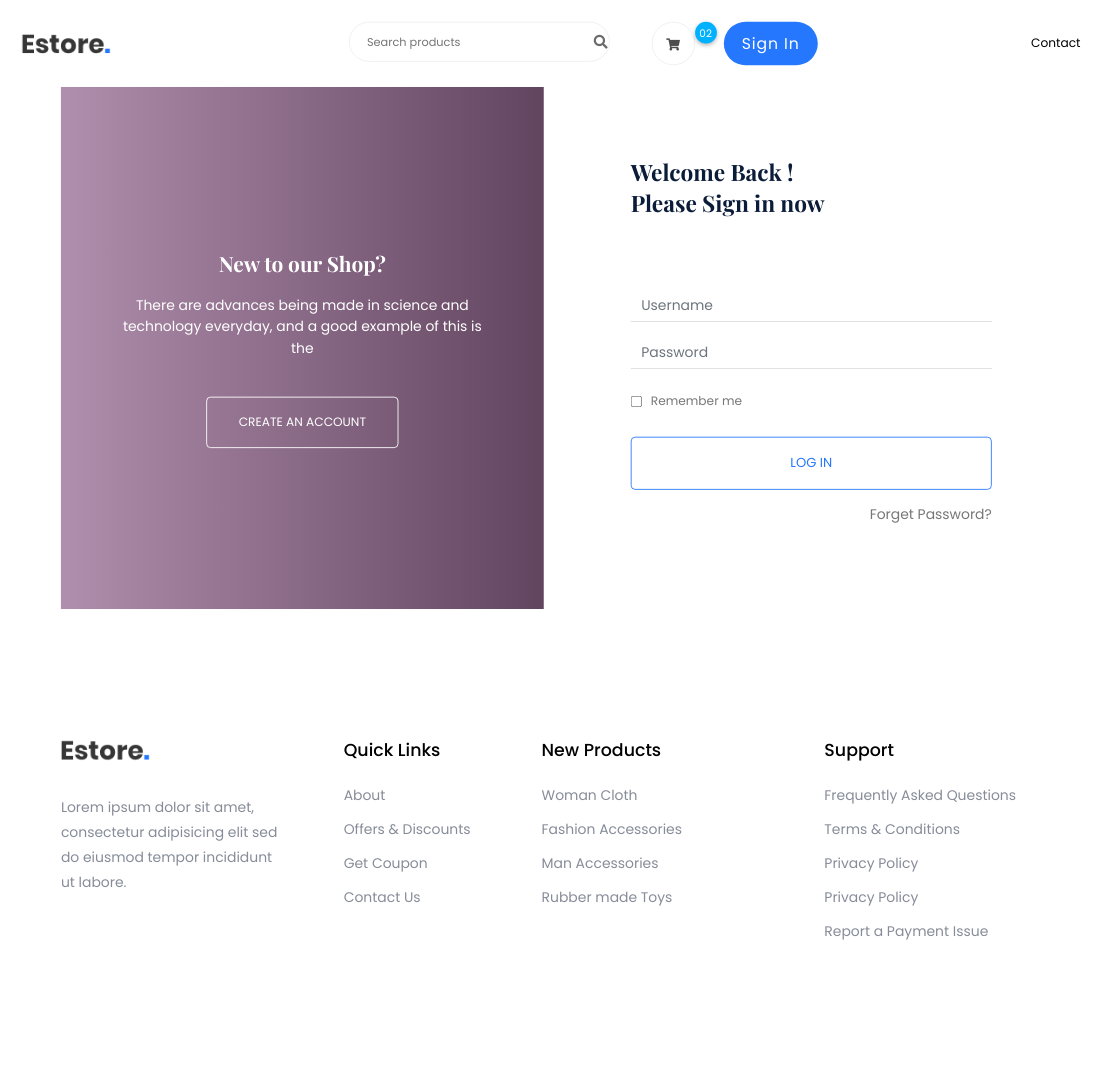
Repository: tuanloc782004/Estore-Bookshop-Website
Page: http://localhost/auth/login
An editor plug-in stored every save of this project. The page is shown before and after the next save, followed by the edit.
The browser window is 1280 px wide. The pictures show the whole page, at 87% of full size.
Some web fonts or font styles are not loaded; a fallback is used. The page is this project's Thymeleaf template; nobody is signed in. Other server files are loaded and not shown. The template is opened directly, without the code that normally fills it, so the values that code supplies are empty.

Above is the page before, as saved 2024-10-26 03:52:21.

### myscp/src/main/resources/templates/auth/login.html
<!doctype html>
<html lang="zxx" xmlns:th="http://www.thymeleaf.org"
	xmlns:sec="https://www.thymeleaf.org/extras/spring-security6">

<head th:replace="user/layout/head::head"></head>

<body>

	<div th:replace="user/layout/preloader-start::preloader-start"></div>

	<header th:replace="user/layout/header::header"></header>

	<!--================login_part Area =================-->
	<section class="login_part">
		<div class="container">
			<div class="row align-items-center">
				<div class="col-lg-6 col-md-6">
					<div class="login_part_text text-center">
						<div class="login_part_text_iner">
							<h2>New to our Shop?</h2>
							<p>There are advances being made in science and technology
								everyday, and a good example of this is the</p>
							<a href="#" class="btn_3">Create an Account</a>
						</div>
					</div>
				</div>
				<div class="col-lg-6 col-md-6">
					<div class="login_part_form">
						<div class="login_part_form_iner">
							<h3>
								Welcome Back ! <br> Please Sign in now
							</h3>
							<form class="row contact_form" action="#" method="post"
								novalidate="novalidate">
								<div class="col-md-12 form-group p_star">
									<input type="text" class="form-control" id="name" name="username"
										value="" placeholder="Username">
								</div>
								<div class="col-md-12 form-group p_star">
									<input type="password" class="form-control" id="password"
										name="password" value="" placeholder="Password">
								</div>
								<div class="col-md-12 form-group">
									<div class="creat_account d-flex align-items-center">
										<input type="checkbox" id="f-option" name="selector">
										<label for="f-option">Remember me</label>
									</div>
									<button type="submit" value="submit" class="btn_3">
										log in</button>
									<a class="lost_pass" href="#">forget password?</a>
								</div>
							</form>
						</div>
					</div>
				</div>
			</div>
		</div>
	</section>
	<!--================login_part end =================-->

	<footer th:replace="user/layout/footer::footer"></footer>

	<div th:replace="user/layout/script::script"></div>

</body>

</html>

### myscp/src/main/resources/templates/user/layout/head.html
<head th:fragment="head">
<meta charset="utf-8">
<meta http-equiv="x-ua-compatible" content="ie=edge">
<title>Estore</title>
<meta name="description" content="">
<meta name="viewport" content="width=device-width, initial-scale=1">
<link rel="manifest" href="site.webmanifest">
<link rel="shortcut icon" type="image/x-icon"
	th:href="@{/assets/img/favicon.ico}">

<!-- CSS here -->
<link rel="stylesheet" th:href="@{/assets/css/bootstrap.min.css}">
<link rel="stylesheet" th:href="@{/assets/css/owl.carousel.min.css}">
<link rel="stylesheet" th:href="@{/assets/css/flaticon.css}">
<link rel="stylesheet" th:href="@{/assets/css/slicknav.css}">
<link rel="stylesheet" th:href="@{/assets/css/animate.min.css}">
<link rel="stylesheet" th:href="@{/assets/css/magnific-popup.css}">
<link rel="stylesheet" th:href="@{/assets/css/fontawesome-all.min.css}">
<link rel="stylesheet" th:href="@{/assets/css/themify-icons.css}">
<link rel="stylesheet" th:href="@{/assets/css/slick.css}">
<link rel="stylesheet" th:href="@{/assets/css/nice-select.css}">
<link rel="stylesheet" th:href="@{/assets/css/style.css}">
</head>

### myscp/src/main/resources/templates/user/layout/preloader-start.html
<!-- Preloader Start -->
<div id="preloader-active" th:fragment="preloader-start">
	<div class="preloader d-flex align-items-center justify-content-center">
		<div class="preloader-inner position-relative">
			<div class="preloader-circle"></div>
			<div class="preloader-img pere-text">
				<img th:src="@{/assets/img/logo/logo.png}" alt="">
			</div>
		</div>
	</div>
</div>
<!-- Preloader Start -->

### myscp/src/main/resources/templates/user/layout/header.html
<header th:fragment="header">
	<!-- Header Start -->
	<div class="header-area">
		<div class="main-header ">
			<div class="header-bottom  header-sticky">
				<div class="container-fluid">
					<div class="row align-items-center">
						<!-- Logo -->
						<div class="col-xl-1 col-lg-1 col-md-1 col-sm-3">
							<div class="logo">
								<a href="index.html"><img
									th:src="@{/assets/img/logo/logo.png}" alt=""></a>
							</div>
						</div>
						<div class="col fix-card">
							<ul
								class="header-right f-right d-none d-lg-block d-flex justify-content-between">
								<li class="d-none d-xl-block">
									<div class="form-box f-right col-lg-12 col-xl-12">
										<input type="text" name="Search" placeholder="Search products">
										<div class="search-icon">
											<i class="fas fa-search special-tag"></i>
										</div>
									</div>
								</li>
								<li>
									<div class="shopping-card">
										<a href="cart.html"><i class="fas fa-shopping-cart"></i></a>
									</div>
								</li>
								<li class="d-none d-lg-block"><a href="#"
									class="btn header-btn">Sign in</a></li>
							</ul>
						</div>
						<div class="col-xl-3 col-lg-3 col-md-3 col-sm-3">
							<!-- Main-menu -->
							<div class="main-menu f-right d-none d-lg-block">
								<nav>
									<ul id="navigation">
										<li><a href="contact.html">Contact</a></li>
									</ul>
								</nav>
							</div>
						</div>
						<!-- Mobile Menu -->
						<div class="col-12">
							<div class="mobile_menu d-block d-lg-none"></div>
						</div>
					</div>
				</div>
			</div>
		</div>
	</div>
	<!-- Header End -->
</header>

### myscp/src/main/resources/templates/user/layout/footer.html
<footer th:fragment="footer">

	<!-- Footer Start-->
	<div class="footer-area footer-padding">
		<div class="container">
			<div class="row d-flex justify-content-between">
				<div class="col-xl-3 col-lg-3 col-md-5 col-sm-6">
					<div class="single-footer-caption mb-50">
						<div class="single-footer-caption mb-30">
							<!-- logo -->
							<div class="footer-logo">
								<a href="index.html"><img
									th:src="@{/assets/img/logo/logo2_footer.png}" alt=""></a>
							</div>
							<div class="footer-tittle">
								<div class="footer-pera">
									<p>Lorem ipsum dolor sit amet, consectetur adipisicing elit
										sed do eiusmod tempor incididunt ut labore.</p>
								</div>
							</div>
						</div>
					</div>
				</div>
				<div class="col-xl-2 col-lg-3 col-md-3 col-sm-5">
					<div class="single-footer-caption mb-50">
						<div class="footer-tittle">
							<h4>Quick Links</h4>
							<ul>
								<li><a href="#">About</a></li>
								<li><a href="#"> Offers & Discounts</a></li>
								<li><a href="#"> Get Coupon</a></li>
								<li><a href="#"> Contact Us</a></li>
							</ul>
						</div>
					</div>
				</div>
				<div class="col-xl-3 col-lg-3 col-md-4 col-sm-7">
					<div class="single-footer-caption mb-50">
						<div class="footer-tittle">
							<h4>New Products</h4>
							<ul>
								<li><a href="#">Woman Cloth</a></li>
								<li><a href="#">Fashion Accessories</a></li>
								<li><a href="#"> Man Accessories</a></li>
								<li><a href="#"> Rubber made Toys</a></li>
							</ul>
						</div>
					</div>
				</div>
				<div class="col-xl-3 col-lg-3 col-md-5 col-sm-7">
					<div class="single-footer-caption mb-50">
						<div class="footer-tittle">
							<h4>Support</h4>
							<ul>
								<li><a href="#">Frequently Asked Questions</a></li>
								<li><a href="#">Terms & Conditions</a></li>
								<li><a href="#">Privacy Policy</a></li>
								<li><a href="#">Privacy Policy</a></li>
								<li><a href="#">Report a Payment Issue</a></li>
							</ul>
						</div>
					</div>
				</div>
			</div>
		</div>
	</div>
	<!-- Footer End-->

</footer>

### myscp/src/main/resources/templates/user/layout/script.html
<div th:fragment="script">
	<!-- JS here -->

	<!-- All JS Custom Plugins Link Here here -->
	<script th:src="@{/assets/js/vendor/modernizr-3.5.0.min.js}"></script>
	<!-- Jquery, Popper, Bootstrap -->
	<script th:src="@{/assets/js/vendor/jquery-1.12.4.min.js}"></script>
	<script th:src="@{/assets/js/popper.min.js}"></script>
	<script th:src="@{/assets/js/bootstrap.min.js}"></script>
	<!-- Jquery Mobile Menu -->
	<script th:src="@{/assets/js/jquery.slicknav.min.js}"></script>

	<!-- Jquery Slick , Owl-Carousel Plugins -->
	<script th:src="@{/assets/js/owl.carousel.min.js}"></script>
	<script th:src="@{/assets/js/slick.min.js}"></script>

	<!-- One Page, Animated-HeadLin -->
	<script th:src="@{/assets/js/wow.min.js}"></script>
	<script th:src="@{/assets/js/animated.headline.js}"></script>
	<script th:src="@{/assets/js/jquery.magnific-popup.js}"></script>

	<!-- Scrollup, nice-select, sticky -->
	<script th:src="@{/assets/js/jquery.scrollUp.min.js}"></script>
	<script th:src="@{/assets/js/jquery.nice-select.min.js}"></script>
	<script th:src="@{/assets/js/jquery.sticky.js}"></script>
	<script src="./assets/js/jquery.magnific-popup.js"></script>

	<!-- contact js -->
	<script th:src="@{/assets/js/contact.js}"></script>
	<script th:src="@{/assets/js/jquery.form.js}"></script>
	<script th:src="@{/assets/js/jquery.validate.min.js}"></script>
	<script th:src="@{/assets/js/mail-script.js}"></script>
	<script th:src="@{/assets/js/jquery.ajaxchimp.min.js}"></script>

	<!-- Jquery Plugins, main Jquery -->
	<script th:src="@{/assets/js/plugins.js}"></script>
	<script th:src="@{/assets/js/main.js}"></script>
</div>

### myscp/src/main/resources/static/assets/js/contact.js
$(document).ready(function(){

    (function($) {
        "use strict";


    jQuery.validator.addMethod('answercheck', function (value, element) {
        return this.optional(element) || /^\bcat\b$/.test(value)
    }, "type the correct answer -_-");

    // validate contactForm form
    $(function() {
        $('#contactForm').validate({
            rules: {
                name: {
                    required: true,
                    minlength: 2
                },
                subject: {
                    required: true,
                    minlength: 4
                },
                number: {
                    required: true,
                    minlength: 5
                },
                email: {
                    required: true,
                    email: true
                },
                message: {
                    required: true,
                    minlength: 20
                }
            },
            messages: {
                name: {
                    required: "come on, you have a name, don't you?",
                    minlength: "your name must consist of at least 2 characters"
                },
                subject: {
                    required: "come on, you have a subject, don't you?",
                    minlength: "your subject must consist of at least 4 characters"
                },
                number: {
                    required: "come on, you have a number, don't you?",
                    minlength: "your Number must consist of at least 5 characters"
                },
                email: {
                    required: "no email, no message"
                },
                message: {
                    required: "um...yea, you have to write something to send this form.",
                    minlength: "thats all? really?"
                }
            },
            submitHandler: function(form) {
                $(form).ajaxSubmit({
                    type:"POST",
                    data: $(form).serialize(),
                    url:"contact_process.php",
                    success: function() {
                        $('#contactForm :input').attr('disabled', 'disabled');
                        $('#contactForm').fadeTo( "slow", 1, function() {
                            $(this).find(':input').attr('disabled', 'disabled');
                            $(this).find('label').css('cursor','default');
                            $('#success').fadeIn()
                            $('.modal').modal('hide');
		                	$('#success').modal('show');
                        })
                    },
                    error: function() {
                        $('#contactForm').fadeTo( "slow", 1, function() {
                            $('#error').fadeIn()
                            $('.modal').modal('hide');
		                	$('#error').modal('show');
                        })
                    }
                })
            }
        })
    })

 })(jQuery)
})

### myscp/src/main/resources/static/assets/js/mail-script.js
    // -------   Mail Send ajax

     $(document).ready(function() {
        var form = $('#myForm'); // contact form
        var submit = $('.submit-btn'); // submit button
        var alert = $('.alert-msg'); // alert div for show alert message

        // form submit event
        form.on('submit', function(e) {
            e.preventDefault(); // prevent default form submit

            $.ajax({
                url: 'mail.php', // form action url
                type: 'POST', // form submit method get/post
                dataType: 'html', // request type html/json/xml
                data: form.serialize(), // serialize form data
                beforeSend: function() {
                    alert.fadeOut();
                    submit.html('Sending....'); // change submit button text
                },
                success: function(data) {
                    alert.html(data).fadeIn(); // fade in response data
                    form.trigger('reset'); // reset form
                    submit.attr("style", "display: none !important");; // reset submit button text
                },
                error: function(e) {
                    console.log(e)
                }
            });
        });
    });

### myscp/src/main/resources/static/assets/js/plugins.js
// Avoid `console` errors in browsers that lack a console.
(function() {
    var method;
    var noop = function () {};
    var methods = [
        'assert', 'clear', 'count', 'debug', 'dir', 'dirxml', 'error',
        'exception', 'group', 'groupCollapsed', 'groupEnd', 'info', 'log',
        'markTimeline', 'profile', 'profileEnd', 'table', 'time', 'timeEnd',
        'timeline', 'timelineEnd', 'timeStamp', 'trace', 'warn'
    ];
    var length = methods.length;
    var console = (window.console = window.console || {});

    while (length--) {
        method = methods[length];

        // Only stub undefined methods.
        if (!console[method]) {
            console[method] = noop;
        }
    }
}());

// Place any jQuery/helper plugins in here.

Loaded but not shown: myscp/src/main/resources/static/assets/css/bootstrap.min.css (library); myscp/src/main/resources/static/assets/css/owl.carousel.min.css (common file); myscp/src/main/resources/static/assets/css/flaticon.css (common file); myscp/src/main/resources/static/assets/css/slicknav.css (common file); myscp/src/main/resources/static/assets/css/animate.min.css (library); myscp/src/main/resources/static/assets/css/magnific-popup.css (library); myscp/src/main/resources/static/assets/css/fontawesome-all.min.css (library); myscp/src/main/resources/static/assets/css/themify-icons.css (common file); myscp/src/main/resources/static/assets/css/slick.css (common file); myscp/src/main/resources/static/assets/css/nice-select.css (common file); myscp/src/main/resources/static/assets/css/style.css (library); myscp/src/main/resources/static/assets/js/popper.min.js (library); myscp/src/main/resources/static/assets/js/bootstrap.min.js (library); myscp/src/main/resources/static/assets/js/jquery.slicknav.min.js (library); myscp/src/main/resources/static/assets/js/owl.carousel.min.js (library); myscp/src/main/resources/static/assets/js/slick.min.js (library); myscp/src/main/resources/static/assets/js/wow.min.js (library); myscp/src/main/resources/static/assets/js/animated.headline.js (common file); myscp/src/main/resources/static/assets/js/jquery.magnific-popup.js (library); myscp/src/main/resources/static/assets/js/jquery.scrollUp.min.js (common file); myscp/src/main/resources/static/assets/js/jquery.nice-select.min.js (common file); myscp/src/main/resources/static/assets/js/jquery.sticky.js (library); myscp/src/main/resources/static/assets/js/jquery.form.js (library); myscp/src/main/resources/static/assets/js/jquery.validate.min.js (library); myscp/src/main/resources/static/assets/js/jquery.ajaxchimp.min.js (library); myscp/src/main/resources/static/assets/js/main.js (520 lines, source omitted)

After the next save:
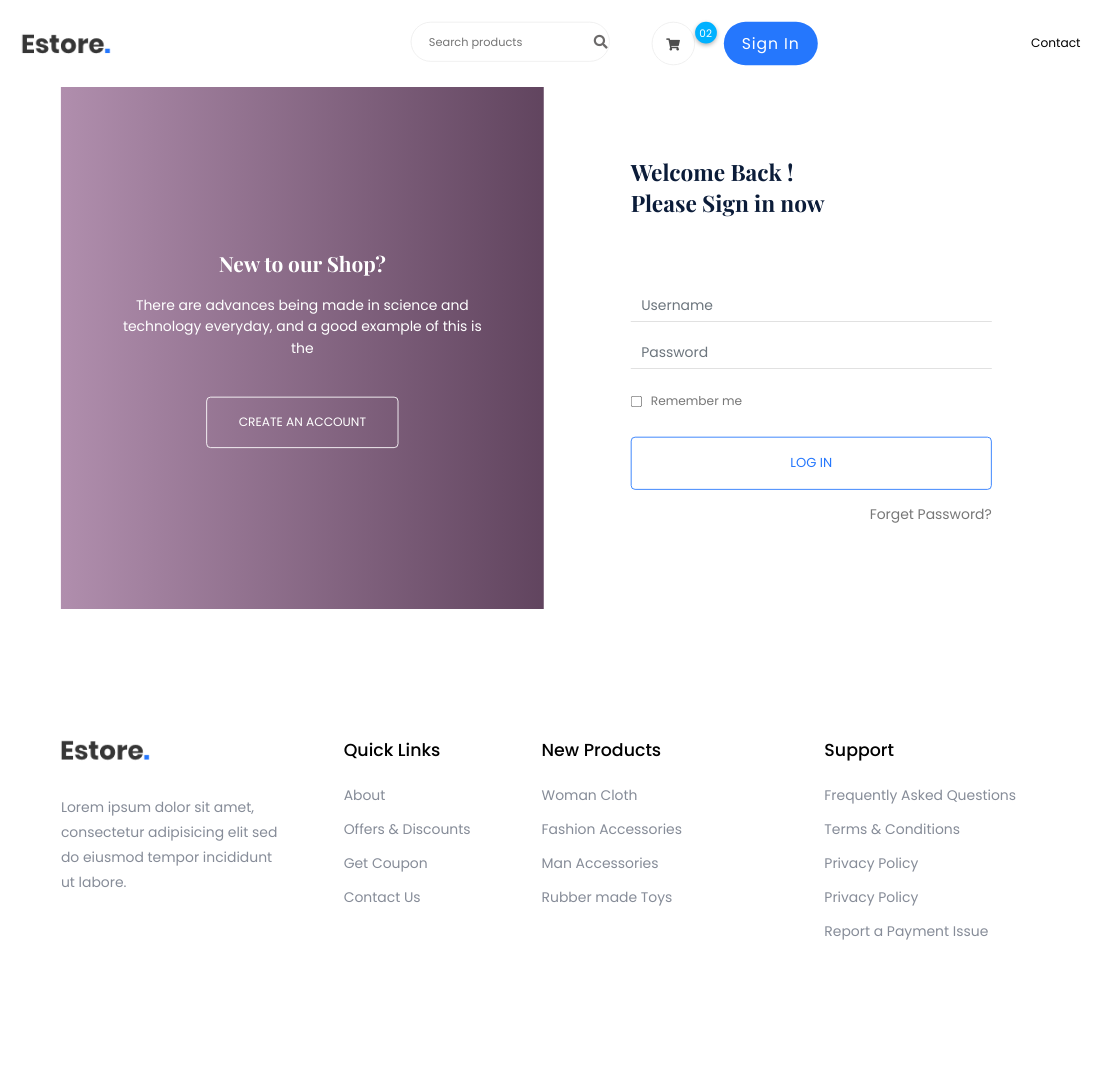
Saved 75 s later.
--- a/myscp/src/main/resources/templates/user/layout/header.html
+++ b/myscp/src/main/resources/templates/user/layout/header.html
@@ -16,7 +16,7 @@
 							<ul
 								class="header-right f-right d-none d-lg-block d-flex justify-content-between">
 								<li class="d-none d-xl-block">
-									<div class="form-box f-right col-lg-12 col-xl-12">
+									<div class="form-box f-right col-lg-8 col-xl-8">
 										<input type="text" name="Search" placeholder="Search products">
 										<div class="search-icon">
 											<i class="fas fa-search special-tag"></i>
